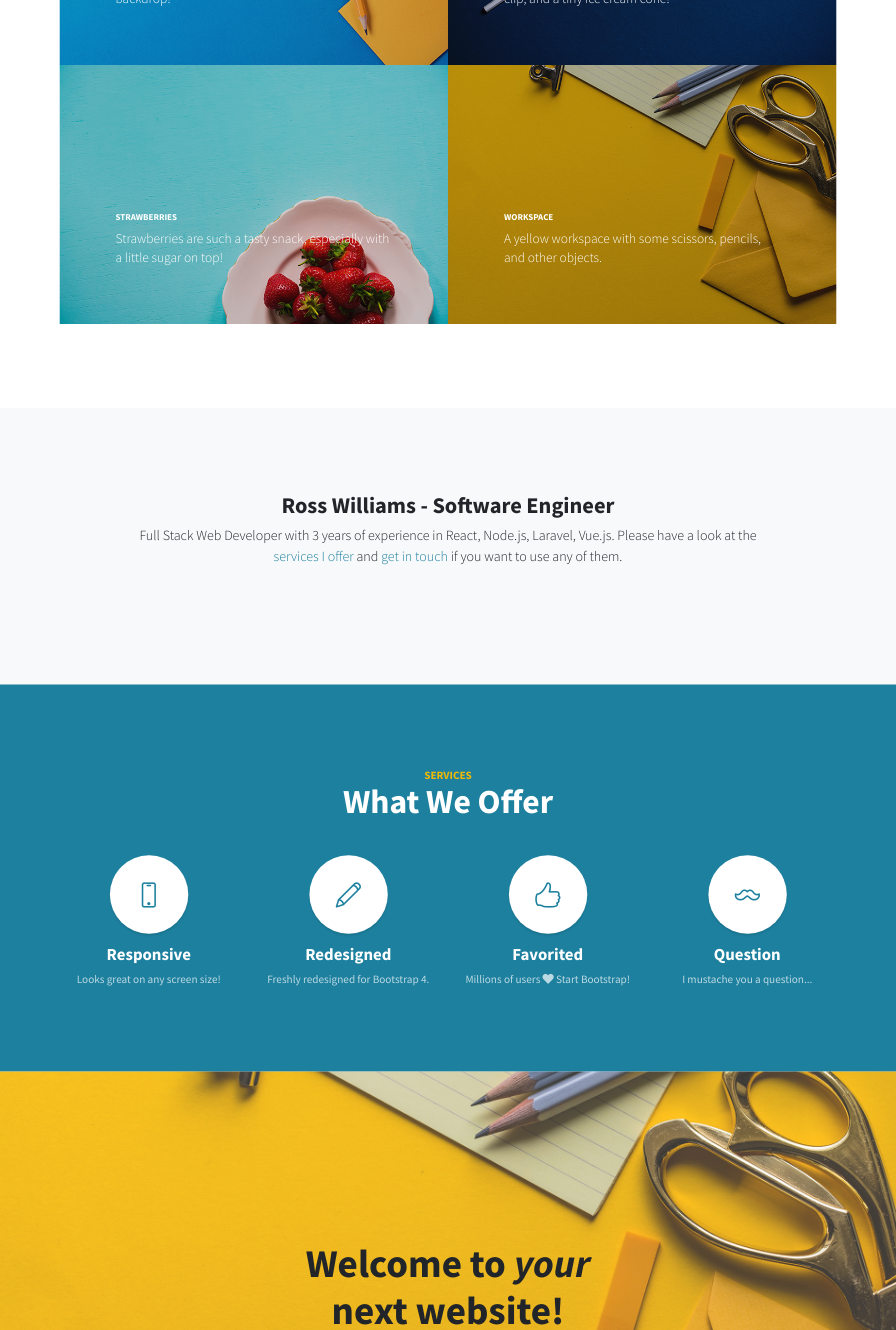
Repository: Williams94/Williams94.github.io
Page: index.html
The author's editor kept a copy of each file at every save. The page is drawn from the files as they stood at one save, then again after the next save.
The browser window is 1280 px wide. The pictures show the part of the page from y = 1297 to 3197 px (the page is 4696 px tall before and 3968 px after), at 70% of full size.
Pictures or frames that could not be fetched are drawn as grey boxes. A picture or video elsewhere on the page could not be fetched, so the positions and the page height are approximate.

Above is the page before, as saved 2019-07-06 13:40:45.

After the next save:
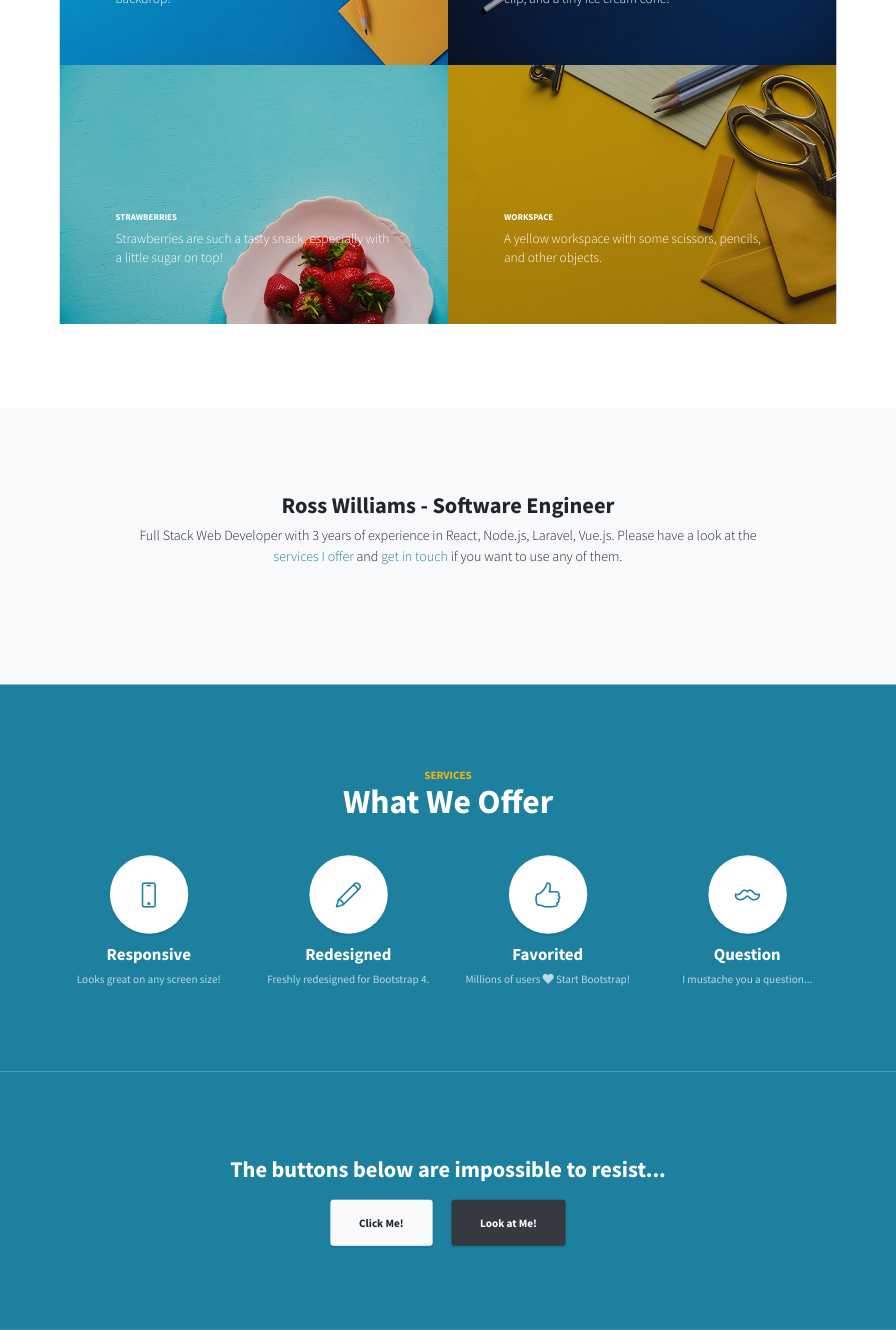
Saved 42 s later.
--- a/index.html
+++ b/index.html
@@ -205,17 +205,6 @@
     </div>
   </section>
 
-  <!-- Callout -->
-  <section class="callout">
-    <div class="container text-center">
-      <h2 class="mx-auto mb-5">Welcome to
-        <em>your</em>
-        next website!</h2>
-      <a class="btn btn-primary btn-xl" href="https://startbootstrap.com/template-overviews/stylish-portfolio/">Download
-        Now!</a>
-    </div>
-  </section>
-
   <!-- Call to Action -->
   <section class="content-section bg-primary text-white">
     <div class="container text-center">
